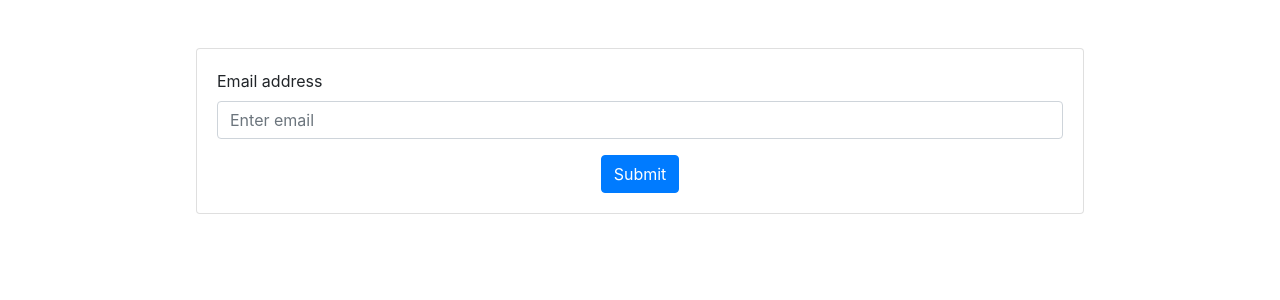
Repository: parvaizsajad/SpringFrameWork
Page: http://localhost/com.springMvc.search/home
An editor plug-in stored every save of this project. The page is shown before and after the next save, followed by the edit.
The browser window is 1280 px wide. The pictures show the whole page.
Some web libraries are served in a nearby version. The page is served by Tomcat 9. Other server files are loaded and not shown.

Above is the page before, as saved 2021-09-10 09:30:22.

### com.springMvc.search/src/main/webapp/WEB-INF/spring-servlet.xml
<?xml version="1.0" encoding="UTF-8"?>


<!-- 2nd step step create the configuration file. -->

<beans xmlns="http://www.springframework.org/schema/beans"
	xmlns:xsi="http://www.w3.org/2001/XMLSchema-instance" xmlns:context="http://www.springframework.org/schema/context"
	xmlns:p="http://www.springframework.org/schema/p"
	xmlns:tx="http://www.springframework.org/schema/tx"
	xsi:schemaLocation="http://www.springframework.org/schema/beans
    http://www.springframework.org/schema/beans/spring-beans.xsd
    http://www.springframework.org/schema/context
    http://www.springframework.org/schema/context/spring-context.xsd
     http://www.springframework.org/schema/tx
    http://www.springframework.org/schema/tx/spring-tx.xsd
    ">
 <!--This is our bean or the metadata for our class  -->

 <context:component-scan base-package="com.springMvc.search"></context:component-scan>

<!--  view Resolver -->
   <bean class="org.springframework.web.servlet.view.InternalResourceViewResolver" name="viewResolver">
   <property name="prefix" value="/WEB-INF/views/"></property>
   <property name="suffix" value=".jsp"></property>
   </bean>




 </beans>

### com.springMvc.search/src/main/webapp/WEB-INF/views/home.jsp
<%@ page language="java" contentType="text/html; charset=ISO-8859-1"
    pageEncoding="ISO-8859-1"%>
<!doctype html>
<html lang="en">
  <head>
    <!-- Required meta tags -->
    <meta charset="utf-8">
    <meta name="viewport" content="width=device-width, initial-scale=1, shrink-to-fit=no">

    <!-- Bootstrap CSS -->
    <link rel="stylesheet" href="https://maxcdn.bootstrapcdn.com/bootstrap/4.0.0/css/bootstrap.min.css" integrity="sha384-Gn5384xqQ1aoWXA+058RXPxPg6fy4IWvTNh0E263XmFcJlSAwiGgFAW/dAiS6JXm" crossorigin="anonymous">

    <title>Hello, world!</title>
  </head>
  <body>
<div class="container">

<div class="card mx-auto mt-5" style="width: 80%">
<div class="card-body">

<form>
  <div class="form-group">
    <label for="exampleInputEmail1">Email address</label>
    <input type="email" class="form-control" id="exampleInputEmail1" aria-describedby="emailHelp" placeholder="Enter email">

  </div>
  <div style="text-align: center">
    <button type="submit" class="btn btn-primary">Submit</button>
  </div>

</form>
</div>
</div>
</div>

    <!-- Optional JavaScript -->
    <!-- jQuery first, then Popper.js, then Bootstrap JS -->
    <script src="https://code.jquery.com/jquery-3.2.1.slim.min.js" integrity="sha384-KJ3o2DKtIkvYIK3UENzmM7KCkRr/rE9/Qpg6aAZGJwFDMVNA/GpGFF93hXpG5KkN" crossorigin="anonymous"></script>
    <script src="https://cdnjs.cloudflare.com/ajax/libs/popper.js/1.12.9/umd/popper.min.js" integrity="sha384-ApNbgh9B+Y1QKtv3Rn7W3mgPxhU9K/ScQsAP7hUibX39j7fakFPskvXusvfa0b4Q" crossorigin="anonymous"></script>
    <script src="https://maxcdn.bootstrapcdn.com/bootstrap/4.0.0/js/bootstrap.min.js" integrity="sha384-JZR6Spejh4U02d8jOt6vLEHfe/JQGiRRSQQxSfFWpi1MquVdAyjUar5+76PVCmYl" crossorigin="anonymous"></script>
  </body>
</html>

### com.springMvc.search/src/main/java/com/springMvc/search/Generilizedexceptionhandler.java
package com.springMvc.search;

import org.springframework.http.HttpStatus;
import org.springframework.stereotype.Controller;
import org.springframework.web.bind.annotation.ControllerAdvice;
import org.springframework.web.bind.annotation.ExceptionHandler;
import org.springframework.web.bind.annotation.ResponseStatus;

@ControllerAdvice
public class Generilizedexceptionhandler {
	@ResponseStatus(value = HttpStatus.INTERNAL_SERVER_ERROR)
	@ExceptionHandler({NullPointerException.class,NumberFormatException.class})
	public String errorHandler() {

		return "nullException";
	}
}

### com.springMvc.search/src/main/java/com/springMvc/search/SearchController.java
package com.springMvc.search;

import org.springframework.stereotype.Controller;
import org.springframework.web.bind.annotation.RequestMapping;
@Controller
public class SearchController {
	@RequestMapping("/home")
	public String home() {

		System.out.println("going to home view");
		return("home");
	}

}

After the next save:
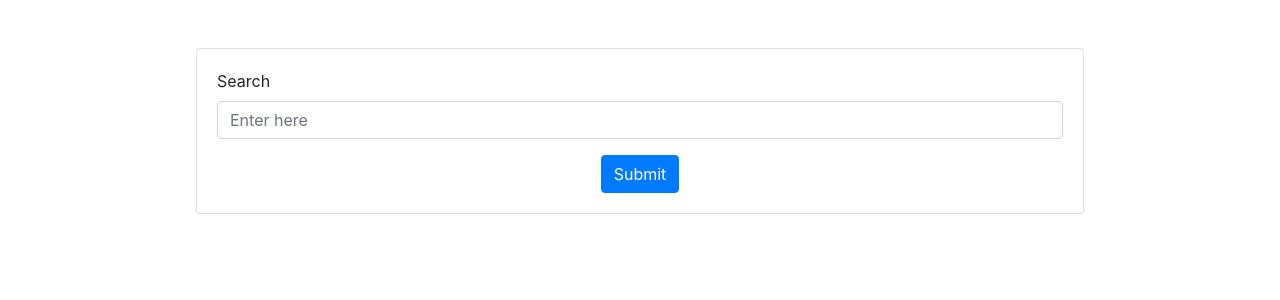
Saved 52 s later.
--- a/com.springMvc.search/src/main/webapp/WEB-INF/views/home.jsp
+++ b/com.springMvc.search/src/main/webapp/WEB-INF/views/home.jsp
@@ -20,8 +20,8 @@
 
 <form>
   <div class="form-group">
-    <label for="exampleInputEmail1">Email address</label>
-    <input type="email" class="form-control" id="exampleInputEmail1" aria-describedby="emailHelp" placeholder="Enter email">
+    <label for="text">Search</label>
+    <input type="text" class="form-control" id="text1"  placeholder="Enter here" name="text">
 
   </div>
   <div style="text-align: center">
